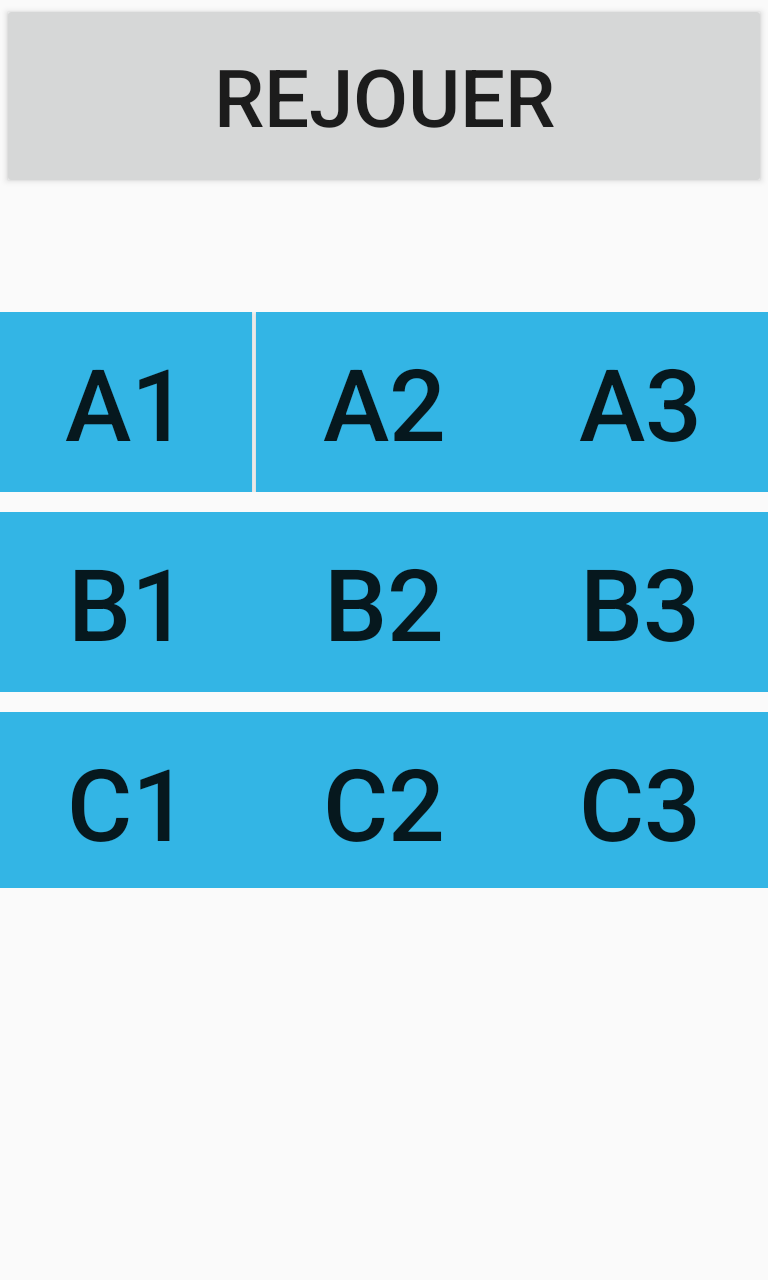
Repository: chakrinamo/Projet_S4_TicTacToe
Layout: Tic_Tac_Toe/res/layout/activity_main.xml
These files come from the project's save history. The layout is drawn as it stood at one moment and after the next save; the edit follows.
It is drawn on a 768 x 1280 px phone screen (xhdpi) without system bars, with theme AppTheme; the app's code is not run.

Above is the layout before, as saved 2015-02-21 10:06:14.

After the next save:
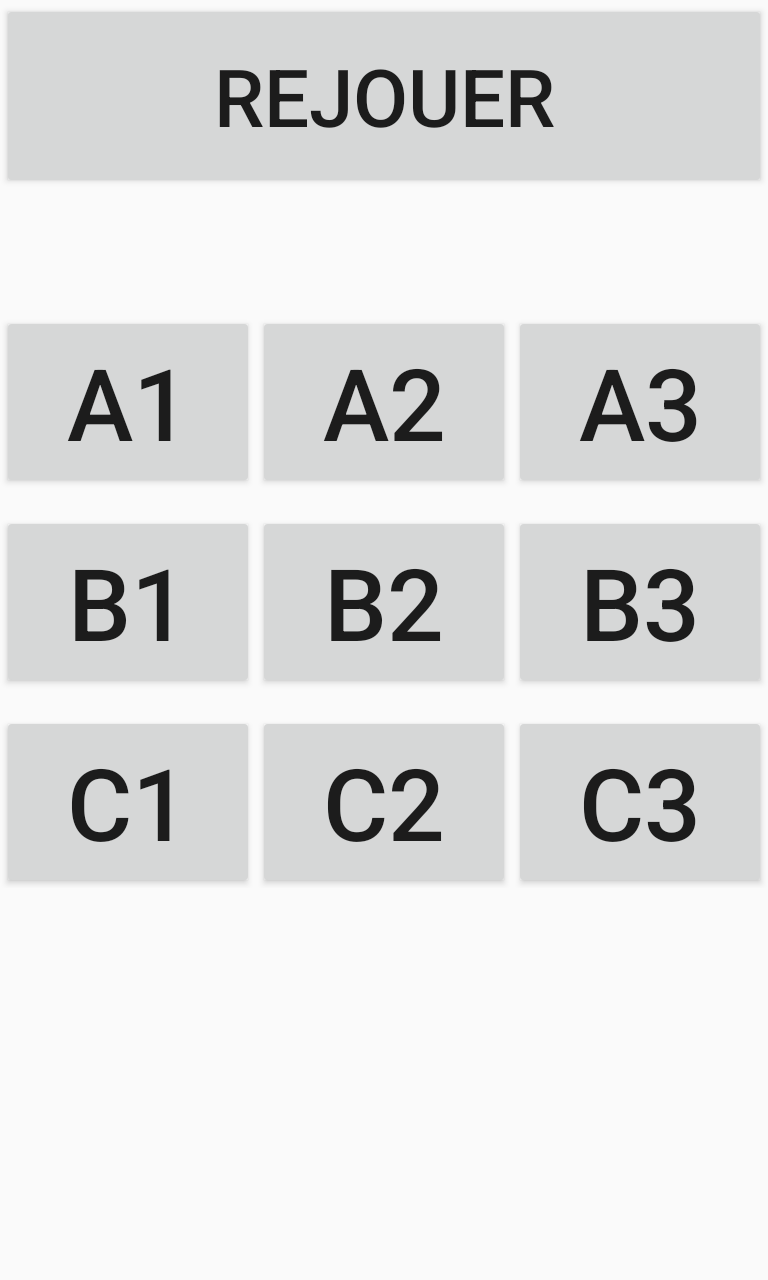
Saved 89 s later.
--- a/Tic_Tac_Toe/res/layout/activity_main.xml
+++ b/Tic_Tac_Toe/res/layout/activity_main.xml
@@ -30,11 +30,10 @@
             android:id="@+id/A1"
             android:layout_width="fill_parent"
             android:layout_height="90dp"
-            android:layout_marginRight="2dp"
             android:layout_weight="1"
-            android:background="#33b5e5"
             android:text="A1"
-            android:textSize="50" />
+            android:textSize="50"
+            />
 
         <Button
             android:id="@+id/A2"
@@ -42,8 +41,7 @@
             android:layout_height="90dp"
             android:layout_weight="1"
             android:text="A2"
-            android:textSize="50"
-             android:background="#33b5e5"/>
+            android:textSize="50"/>
 
         <Button
             android:id="@+id/A3"
@@ -51,8 +49,7 @@
             android:layout_height="90dp"
             android:layout_weight="1"
             android:text="A3"
-            android:textSize="50"
-             android:background="#33b5e5"/>
+            android:textSize="50"/>
     </LinearLayout>
 
     <LinearLayout
@@ -67,8 +64,7 @@
             android:layout_height="90dp"
             android:layout_weight="1"
             android:text="B1"
-            android:textSize="50"
-             android:background="#33b5e5"/>
+            android:textSize="50"/>
 
         <Button
             android:id="@+id/B2"
@@ -76,8 +72,7 @@
             android:layout_height="90dp"
             android:layout_weight="1"
             android:text="B2"
-            android:textSize="50"
-             android:background="#33b5e5"/>
+            android:textSize="50"/>
 
         <Button
             android:id="@+id/B3"
@@ -85,8 +80,7 @@
             android:layout_height="90dp"
             android:layout_weight="1"
             android:text="B3"
-            android:textSize="50"
-             android:background="#33b5e5"/>
+            android:textSize="50"/>
     </LinearLayout>
 
     <LinearLayout
@@ -101,8 +95,7 @@
             android:layout_height="90dp"
             android:layout_weight="1"
             android:text="C1"
-            android:textSize="50"
-             android:background="#33b5e5"/>
+            android:textSize="50"/>
 
         <Button
             android:id="@+id/C2"
@@ -110,8 +103,7 @@
             android:layout_height="90dp"
             android:layout_weight="1"
             android:text="C2"
-            android:textSize="50"
-             android:background="#33b5e5"/>
+            android:textSize="50"/>
 
         <Button
             android:id="@+id/C3"
@@ -119,8 +111,7 @@
             android:layout_height="90dp"
             android:layout_weight="1"
             android:text="C3"
-            android:textSize="50"
-             android:background="#33b5e5"/>
+            android:textSize="50"/>
     </LinearLayout>
 
 </LinearLayout>
